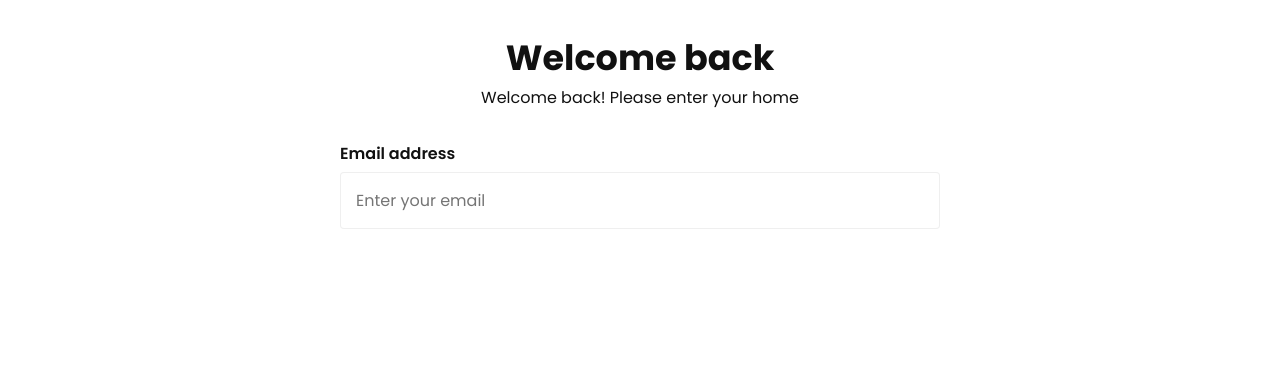
Repository: hoang0508/ReactJs-Fruits
Page: /sign-up
An editor plug-in stored every save of this project. The page is shown before and after the next save, followed by the edit.
The browser window is 1280 px wide. The pictures show the whole page.
The project was rebuilt for these pictures with package versions that can differ from the ones it lists, and the page was loaded fresh each time. Also part of the build but not shown: src/Pages/NotFoundPage.js, src/hooks/useHookAPI.js, src/hooks/useLocalStrorage.js, src/components/context/Auth-Context.js, src/components/Media/Social.scss, src/components/Media/Social.js, src/components/Footer/Footercoppy.js, src/components/Footer/Footer.js and 33 more.

Above is the page before, as saved 2022-05-12 10:02:37.

After the next save:
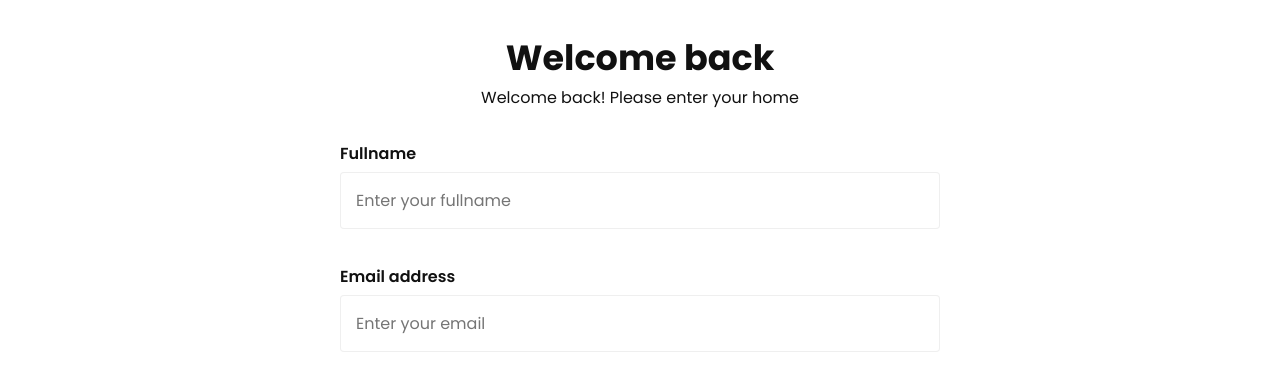
Saved 108 s later.
--- a/src/Pages/SignUpPage.js
+++ b/src/Pages/SignUpPage.js
@@ -32,6 +32,14 @@ const SignUpPage = () => {
       </div>
       <form className="form">
         <Field>
+          <Label htmlFor="name">Fullname</Label>
+          <Input
+            name="fullname"
+            type="text"
+            placeholder="Enter your fullname"
+          />
+        </Field>
+        <Field>
           <Label htmlFor="email">Email address</Label>
           <Input name="email" type="text" placeholder="Enter your email" />
         </Field>
